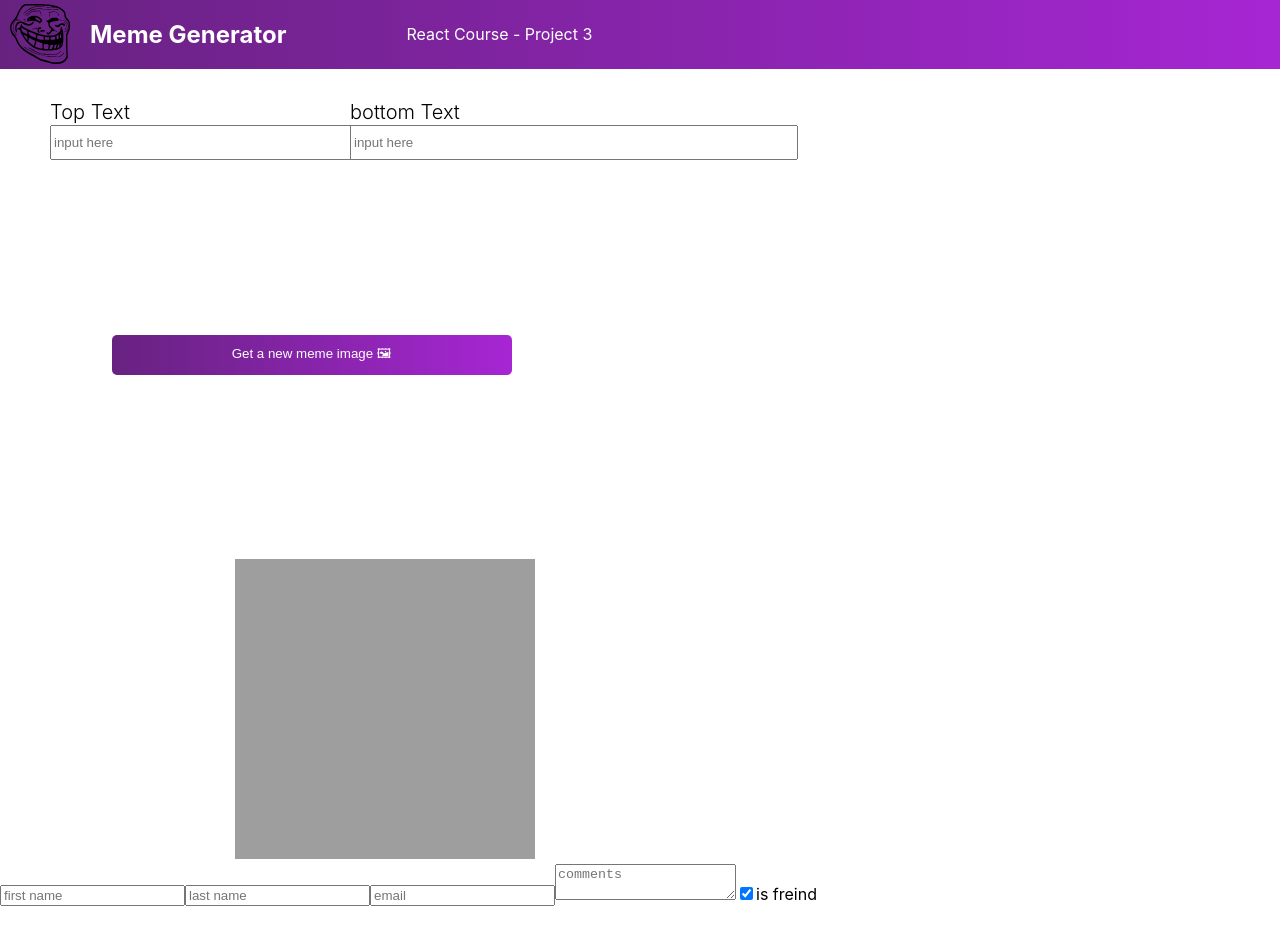
Repository: mortiestmorty1/meme-generator-react
Page: /
An editor plug-in stored every save of this project. The page is shown before and after a run of saves, followed by the edit.
The browser window is 1280 px wide. The pictures show the whole page.
Pictures or frames that could not be fetched are drawn as grey boxes. The project was rebuilt for these pictures with package versions that can differ from the ones it lists, and the page was loaded fresh each time. Also part of the build but not shown: src/components/box.js.

Above is the page before, as saved 2024-01-20 20:20:34.

### src/index.js
import React from 'react';
import ReactDOM from 'react-dom/client';
import './index.css';
import App from './App';
import reportWebVitals from './reportWebVitals';

const root = ReactDOM.createRoot(document.getElementById('root'));
root.render(
  <React.StrictMode>
    <App darkMode={false}/>
  </React.StrictMode>
);

// If you want to start measuring performance in your app, pass a function
// to log results (for example: reportWebVitals(console.log))
// or send to an analytics endpoint. Learn more: https://bit.ly/CRA-vitals
reportWebVitals();

### src/index.css
body {
  margin: 0;
  font-family: -apple-system, BlinkMacSystemFont, 'Segoe UI', 'Roboto', 'Oxygen',
    'Ubuntu', 'Cantarell', 'Fira Sans', 'Droid Sans', 'Helvetica Neue',
    sans-serif;
  -webkit-font-smoothing: antialiased;
  -moz-osx-font-smoothing: grayscale;
}

code {
  font-family: source-code-pro, Menlo, Monaco, Consolas, 'Courier New',
    monospace;
}
* {
  box-sizing: border-box;
  }

### src/App.js

import './App.css';
import React from "react";
import Navbar from "./components/Navbar";
import Inputs from "./components/inputs";
import { useState } from 'react';
import boxes from "./components/boxes";
import Box from "./components/box";

function App(props) {
 const [name , setname] = useState({
  firstname : "",
  lastname : "",
  email: "",
  comments: "",
  isfreind: true
})

function handleChange(event) {
  const {name , value , type , checked} = event.target
  setname(prevname => ({
    ...prevname,
    [name]: type === "checkbox" ? checked : value
  }));
}

  return (
    <div className="App">
      <Navbar />
      <Inputs />
      <form>
        <input
         type="text"
         placeholder="first name"
         onChange={handleChange}
          name="firstname"
          value={name.firstname}>
        </input>
      <input
      type="text"
      placeholder="last name"
      onChange={handleChange}
      name="lastname"
      value={name.lastname}>
      </input>
      <input
      type="email"
      placeholder="email"
      onChange={handleChange}
      name="email"
      value={name.email}>
      </input>
      <textarea
      value={name.comments}
      type="text"
      placeholder="comments"
      onChange={handleChange}
      name="comments">
      </textarea>
      <input
      type="checkbox"
       id='isfreind'
       checked={name.isfreind}
       onChange={handleChange}
       name="isfreind">
      </input>
      <label htmlFor="isfreind">is freind</label>
      <h1>{name.firstname}</h1>
      <h1>{name.lastname}</h1>
      <h1>{name.email}</h1>
      <h1>{name.comments}</h1>
      <h1>{name.isfreind}</h1>
      </form>
    </div>
  );
}

export default App;

### src/App.css
.nav-container {
  display: flex;
  justify-content: space-between;
  align-items: center;
  background: linear-gradient(to right, #672280,#A626D3);
  }
  .image{
    width: 60px;
    height: 60px;
    margin-left: 10px;
  }
  .navbar{
    display: flex;
    justify-content: space-around;
    align-items: center;
    margin-right: 10px;
    color: white;
  }
  .navbar h1{
    margin-right: 20px;
    margin-left: 20px;
  }
  .info{
    margin-left: 100px;
  }
  .inputs-container{
    margin-left: 50px;
    margin-top: 20px;
    font-size: 20px;
    font-weight: 300;
  }
  .top{
    position: absolute;
    top: 100px;
  }
  .bottom{
    position: absolute;
    margin-left: 300px;
    top: 100px;
  }
  .topinput{
    position: absolute;
    top: 125px;
    height: 35px;
    width: 35%;
  }
  .bottominput{
    position: absolute;
    top: 125px;
    margin-left: 300px;
    height: 35px;
    width: 35%;
  }
  .generate{
    margin-left: 5%;
    margin-top: 20%;
    background: linear-gradient(to right, #672280,#A626D3);
    color: white;
    border: none;
    border-radius: 5px;
    width: 400px;
    height: 40px;
  }
  .memeimage{
    margin-left: 15%;
    margin-top: 15%;
    width: 300px;
    height: 300px;
  }
  .box{
    width: 100px;
    height: 100px;
    border: 1px solid black;
    display: inline-block;
    margin-right: 10px;
  }

### src/components/Navbar.js
import React from "react";
import Troll from "./Troll-Face.svg";
import "../App.css";
function Navbar(){
    return(
        <div className="nav-container">
            <nav className="navbar">
                <img src={Troll} className="image" alt="Troll Face" />
                <h1>Meme Generator</h1>
                <section className="info">
                    <p>React Course - Project 3</p>
                </section>
            </nav>
        </div>
    )
}

export default Navbar;

### src/components/inputs.js
import React from "react";
import "../App.css";
import Meme from "./meme.js";
import { useState } from "react";
function Inputs(){
    const [Allmemeimage , setAllmemeimage] = useState(Meme)
    const [newmeme , setNewmeme] = useState({
        topText:"",
        bottomText:"",
        memeimage:"https://png.pngtree.com/png-vector/20231222/ourlarge/pngtree-do-not-press-this-button-sign-vector-png-image_11376553.png"
    })
    function handleClick () {

        const memearray = Allmemeimage
        const random = Math.floor(Math.random() * memearray.length)
        const url = memearray[random].url
        setNewmeme(prevmeme =>({
            ...prevmeme,
            memeimage:url
        }))
    }
    return(
        <div className="inputs-container">
            <div className="inputs">
                <label className="top">Top Text</label>
                <input  className="topinput" type="text" placeholder="input here" />
                <label className="bottom">bottom Text</label>
                <input className="bottominput" type="text" placeholder="input here" />
                <button className="generate" onClick={handleClick}>Get a new meme image  🖼</button>
            </div>
            < img src={newmeme.memeimage} className="memeimage" alt="meme" />
        </div>
    )
}

export default Inputs;

### src/components/boxes.js
export default [
    {
        id:1,
        on : false
    }
    ,
    {
        id:2,
        on : true
    }
    ,
    {
        id:3,
        on : false
    }
    ,
    {
        id:4,
        on : true
    }
    ,
    {
        id:5,
        on : false
    }
    ,
    {
        id:6,
        on : true
    }
    ,
    {
        id:7,
        on : false
    }
    ,
    {
        id:8,
        on : true
    }
    ,
    {
        id:9,
        on : false
    }
    ,
    {
        id:10,
        on : true
    }
]

### src/components/meme.js

export default [
    {
        id: 1,
        name: "Drake",
        url: "https://i.imgflip.com/30b1gx.jpg",
        width: 1200,
        height: 1200
    },
    {
        id: 2,
        name: "Distracted Boyfriend",
        url: "https://i.imgflip.com/1ur9b0.jpg",
        width: 1200,
        height: 800
    },
    {
        id: 3,
        name: "Two Buttons",
        url: "https://i.imgflip.com/1g8my4.jpg",
        width: 600,
        height: 908
    },
    {
        id: 4,
        name: "Mocking Spongebob",
        url: "https://i.imgflip.com/1otk96.jpg",
        width: 502,
        height: 353
    },
    {
        id: 5,
        name: "Expanding Brain",
        url: "https://i.imgflip.com/1jwhww.jpg",
        width: 857,
        height: 1202
    },
    {
        id: 6,
        name: "Roll Safe Think About It",
        url: "https://i.imgflip.com/1h7in3.jpg",
        width: 600,
        height: 600
    },
    {
        id: 7,
        name: "Change My Mind",
        url: "https://i.imgflip.com/24y43o.jpg",
        width: 482,
        height: 361
    },
    {
        id: 8,
        name: "Is This A Pigeon",
        url: "https://i.imgflip.com/1o00in.jpg",
        width: 857,
        height: 1202
    },
    {
        id: 9,
        name: "Batman Slapping Robin",
        url: "https://i.imgflip.com/9ehk.jpg",
        width: 400,
        height: 387
    },
   {
        id: 10,
        name: "One Does Not Simply",
        url: "https://i.imgflip.com/1bij.jpg",
        width: 568,
        height: 335
    },
    {
        id: 11,
        name: "Philosoraptor",
        url: "https://i.imgflip.com/1bgs.jpg",
        width: 400,
        height: 400
    },
    {
        id: 12,
        name: "Waiting Skeleton",
        url: "https://i.imgflip.com/2fm6x.jpg",
        width: 500,
        height: 500
    },
    {
        id: 13,
        name: "X, X Everywhere",
        url: "https://i.imgflip.com/1ihzfe.jpg",
        width: 500,
        height: 610
    },
    {
        id: 14,
        name: "Futurama Fry",
        url: "https://i.imgflip.com/1bgw.jpg",
        width: 553,
        height: 439
    },
    {
        id: 15,
        name: "Ancient Aliens",
        url: "https://i.imgflip.com/26am.jpg",
        width: 500,
        height: 437
    },
    {
        id: 16,
        name: "That Would Be Great",
        url: "https://i.imgflip.com/1bh8.jpg",
        width: 500,
        height: 500
    },
    {
        id: 17,
        name: "Unsettled Tom",
        url: "https://i.imgflip.com/2wifvo.jpg",
        "width": 500,
        "height": 654
    },
    {
        id : 18,
        name: "Boardroom Meeting Suggestion",
        url: "https://i.imgflip.com/m78d.jpg",
        width: 625,
        height: 415
    },
]

Loaded but not shown: public/index.html (common file); src/reportWebVitals.js (common file)

After the next 4 saves:
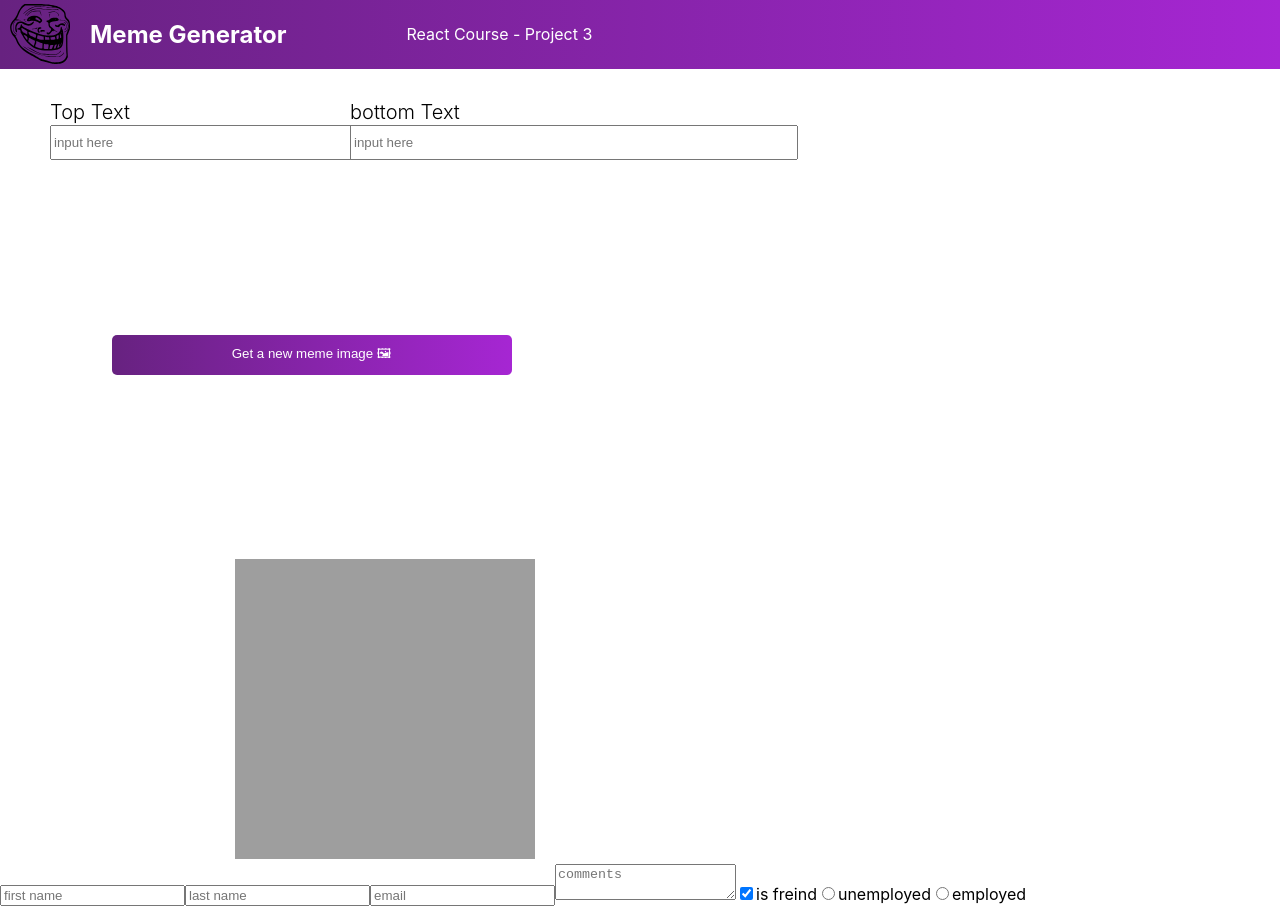
The 4 saves are shown as one change because 3 did not build or start.
The last was saved 13 min 37 s later.
--- a/src/App.js
+++ b/src/App.js
@@ -65,11 +65,16 @@ function handleChange(event) {
        name="isfreind">
       </input>
       <label htmlFor="isfreind">is freind</label>
-      <h1>{name.firstname}</h1>
-      <h1>{name.lastname}</h1>
-      <h1>{name.email}</h1>
-      <h1>{name.comments}</h1>
-      <h1>{name.isfreind}</h1>
+      <input
+      type="radio"
+      id='unemployed'
+      />
+      <label htmlFor="unemployed">unemployed</label>
+      <input
+      type="radio"
+      id='employed'
+      />
+      <label htmlFor="employed">employed</label>
       </form>
     </div>
   );
